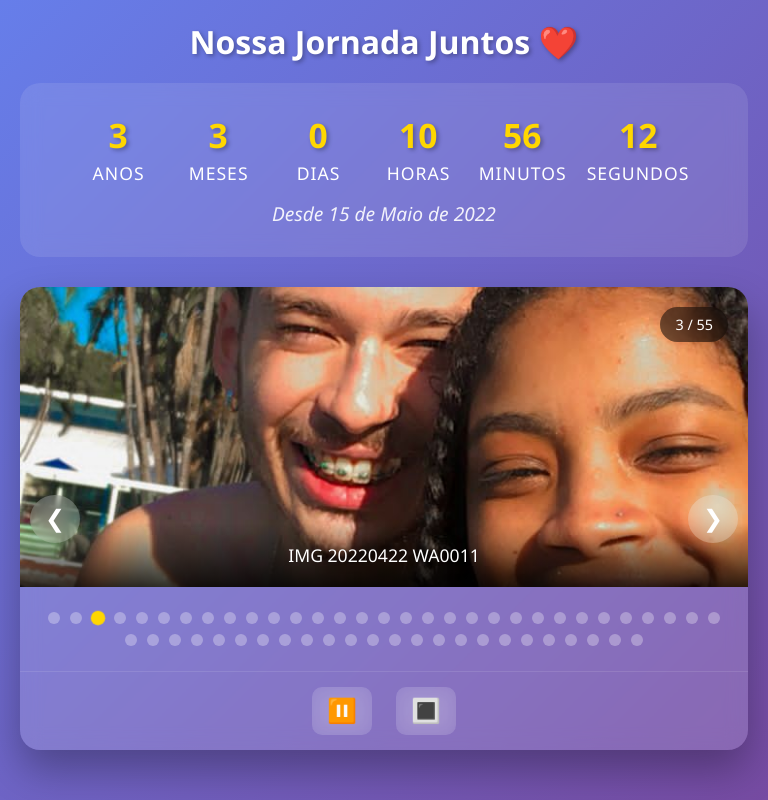
Repository: yan-luca/vic-yan
Page: index.html
The author's editor kept a copy of each file at every save. The page is drawn from the files as they stood at one save, then again after the next save.
The browser window is 768 px wide. The pictures show the whole page.

Above is the page before, as saved 2025-08-15 00:31:38.

### index.html
<!DOCTYPE html>
<html lang="pt-BR">
<head>
    <meta charset="UTF-8">
    <meta name="viewport" content="width=device-width, initial-scale=1.0">
    <title>Nossa Jornada - Vic & Yan</title>
    <link rel="stylesheet" href="style.css">
</head>
<body>
    <div class="container">
        <header>
            <h1>Nossa Jornada Juntos ❤️</h1>
            <div class="counter-container">
                <div class="counter">
                    <div class="counter-item">
                        <span id="years" class="counter-number">0</span>
                        <span class="counter-label">Anos</span>
                    </div>
                    <div class="counter-item">
                        <span id="months" class="counter-number">0</span>
                        <span class="counter-label">Meses</span>
                    </div>
                    <div class="counter-item">
                        <span id="days" class="counter-number">0</span>
                        <span class="counter-label">Dias</span>
                    </div>
                    <div class="counter-item">
                        <span id="hours" class="counter-number">0</span>
                        <span class="counter-label">Horas</span>
                    </div>
                    <div class="counter-item">
                        <span id="minutes" class="counter-number">0</span>
                        <span class="counter-label">Minutos</span>
                    </div>
                    <div class="counter-item">
                        <span id="seconds" class="counter-number">0</span>
                        <span class="counter-label">Segundos</span>
                    </div>
                </div>
                <p class="start-date">Desde 15 de Maio de 2022</p>
            </div>
        </header>

        <main>
            <div class="slideshow-container">
                <div class="slides-wrapper" id="slidesWrapper">
                    <!-- As imagens serão carregadas dinamicamente aqui -->
                </div>

                <button class="nav-btn prev" id="prevBtn" onclick="changeSlide(-1)">❮</button>
                <button class="nav-btn next" id="nextBtn" onclick="changeSlide(1)">❯</button>

                <div class="slide-counter">
                    <span id="currentSlide">1</span> / <span id="totalSlides">0</span>
                </div>

                <div class="dots-container" id="dotsContainer">
                    <!-- Os pontos indicadores serão criados dinamicamente -->
                </div>

                <div class="controls">
                    <button id="playPauseBtn" onclick="toggleAutoplay()">⏸️</button>
                    <button onclick="toggleFullscreen()">🔳</button>
                </div>
            </div>

            <div class="loading" id="loading">
                <p>Carregando fotos...</p>
            </div>

            <div class="no-images" id="noImages" style="display: none;">
                <h3>📷 Como adicionar suas fotos no GitHub Pages:</h3>
                <div class="instructions">
                    <p><strong>⚠️ Importante:</strong> O GitHub Pages requer lista manual das imagens por segurança.</p>

                    <p><strong>📝 Passo a passo:</strong></p>
                    <ol>
                        <li>Faça upload das suas fotos para a pasta <code>images/</code></li>
                        <li>Abra o arquivo <code>script.js</code> para editar</li>
                        <li>Procure por <code>const imageList = [</code></li>
                        <li>Adicione os nomes das suas fotos:</li>
                    </ol>

                    <div class="code-example">
                        <strong>Exemplo:</strong><br>
                        <code>const imageList = [</code><br>
                        <code>&nbsp;&nbsp;&nbsp;&nbsp;'nossa-primeira-foto.jpg',</code><br>
                        <code>&nbsp;&nbsp;&nbsp;&nbsp;'viagem-praia.png',</code><br>
                        <code>&nbsp;&nbsp;&nbsp;&nbsp;'aniversario-2023.jpeg'</code><br>
                        <code>];</code>
                    </div>

                    <p><strong>🔄 Depois:</strong> Faça commit e push das mudanças</p>
                </div>
                <p class="formats">Formatos suportados: JPG, JPEG, PNG, GIF, WebP</p>
            </div>
        </main>
    </div>

    <script src="script.js"></script>
</body>
</html>

### style.css
* {
    margin: 0;
    padding: 0;
    box-sizing: border-box;
}

body {
    font-family: 'Segoe UI', Tahoma, Geneva, Verdana, sans-serif;
    background: linear-gradient(135deg, #667eea 0%, #764ba2 100%);
    min-height: 100vh;
    color: white;
}

.container {
    max-width: 1200px;
    margin: 0 auto;
    padding: 20px;
}

header {
    text-align: center;
    margin-bottom: 30px;
}

header h1 {
    font-size: 3em;
    margin-bottom: 20px;
    text-shadow: 2px 2px 4px rgba(0,0,0,0.3);
    animation: fadeInUp 1s ease-out;
}

.counter-container {
    background: rgba(255, 255, 255, 0.1);
    backdrop-filter: blur(10px);
    border-radius: 20px;
    padding: 30px;
    margin: 20px 0;
    animation: fadeInUp 1s ease-out 0.3s both;
}

.counter {
    display: flex;
    justify-content: center;
    gap: 25px;
    margin-bottom: 15px;
    flex-wrap: wrap;
}

.counter-item {
    display: flex;
    flex-direction: column;
    align-items: center;
    min-width: 80px;
}

.counter-number {
    font-size: 3em;
    font-weight: bold;
    color: #ffd700;
    text-shadow: 2px 2px 4px rgba(0,0,0,0.3);
    transition: all 0.3s ease;
}

.counter-label {
    font-size: 1.1em;
    text-transform: uppercase;
    letter-spacing: 1px;
    margin-top: 5px;
}

.start-date {
    font-size: 1.2em;
    opacity: 0.9;
    font-style: italic;
}

.slideshow-container {
    position: relative;
    max-width: 800px;
    margin: 0 auto;
    background: rgba(255, 255, 255, 0.1);
    backdrop-filter: blur(10px);
    border-radius: 20px;
    overflow: hidden;
    box-shadow: 0 20px 40px rgba(0,0,0,0.3);
    animation: fadeInUp 1s ease-out 0.6s both;
}

.slides-wrapper {
    position: relative;
    width: 100%;
    height: 500px;
    overflow: hidden;
}

.slide {
    display: none;
    width: 100%;
    height: 100%;
    position: relative;
    animation: fadeIn 0.5s ease-in-out;
}

.slide.active {
    display: block;
}

.slide img {
    width: 100%;
    height: 100%;
    object-fit: cover;
    border-radius: 0;
}

.slide-caption {
    position: absolute;
    bottom: 0;
    left: 0;
    right: 0;
    background: linear-gradient(transparent, rgba(0,0,0,0.8));
    color: white;
    padding: 20px;
    text-align: center;
    font-size: 1.1em;
}

.nav-btn {
    position: absolute;
    top: 50%;
    transform: translateY(-50%);
    background: rgba(255, 255, 255, 0.2);
    border: none;
    color: white;
    font-size: 2em;
    padding: 15px 20px;
    cursor: pointer;
    transition: all 0.3s ease;
    backdrop-filter: blur(10px);
    border-radius: 50%;
    z-index: 10;
}

.nav-btn:hover {
    background: rgba(255, 255, 255, 0.3);
    transform: translateY(-50%) scale(1.1);
}

.prev {
    left: 20px;
}

.next {
    right: 20px;
}

.slide-counter {
    position: absolute;
    top: 20px;
    right: 20px;
    background: rgba(0, 0, 0, 0.5);
    color: white;
    padding: 8px 15px;
    border-radius: 20px;
    font-size: 0.9em;
    backdrop-filter: blur(10px);
}

.dots-container {
    text-align: center;
    padding: 20px;
    background: rgba(255, 255, 255, 0.05);
}

.dot {
    height: 12px;
    width: 12px;
    margin: 0 5px;
    background-color: rgba(255, 255, 255, 0.3);
    border-radius: 50%;
    display: inline-block;
    cursor: pointer;
    transition: all 0.3s ease;
}

.dot.active, .dot:hover {
    background-color: #ffd700;
    transform: scale(1.2);
}

.controls {
    text-align: center;
    padding: 15px;
    background: rgba(255, 255, 255, 0.05);
    border-top: 1px solid rgba(255, 255, 255, 0.1);
}

.controls button {
    background: rgba(255, 255, 255, 0.1);
    border: none;
    color: white;
    font-size: 1.5em;
    padding: 10px 15px;
    margin: 0 10px;
    cursor: pointer;
    border-radius: 10px;
    transition: all 0.3s ease;
    backdrop-filter: blur(10px);
}

.controls button:hover {
    background: rgba(255, 255, 255, 0.2);
    transform: scale(1.1);
}

.loading, .no-images {
    text-align: center;
    padding: 60px 20px;
    font-size: 1.3em;
    background: rgba(255, 255, 255, 0.1);
    backdrop-filter: blur(10px);
    border-radius: 20px;
    max-width: 800px;
    margin: 0 auto;
}

.loading p, .no-images p {
    margin: 10px 0;
}

.no-images h3 {
    color: #ffd700;
    margin-bottom: 20px;
    font-size: 1.5em;
}

.no-images .instructions {
    text-align: left;
    background: rgba(255, 255, 255, 0.05);
    padding: 20px;
    border-radius: 10px;
    margin: 20px 0;
    max-width: 600px;
    margin-left: auto;
    margin-right: auto;
}

.no-images .instructions p {
    margin: 15px 0 10px 0;
    font-weight: bold;
    color: #ffd700;
}

.no-images .instructions ol {
    margin: 10px 0 20px 20px;
    font-size: 0.9em;
}

.no-images .instructions li {
    margin: 8px 0;
    line-height: 1.4;
}

.no-images code {
    background: rgba(255, 255, 255, 0.2);
    padding: 2px 6px;
    border-radius: 4px;
    font-family: 'Courier New', monospace;
    color: #ffd700;
}

.no-images .code-example {
    background: rgba(0, 0, 0, 0.3);
    padding: 15px;
    border-radius: 8px;
    margin: 15px 0;
    border-left: 4px solid #ffd700;
}

.no-images .code-example code {
    background: transparent;
    padding: 0;
    color: #fff;
    font-size: 0.9em;
    line-height: 1.6;
}

.no-images .formats {
    font-size: 0.9em;
    opacity: 0.8;
    font-style: italic;
}

/* Animações */
@keyframes fadeIn {
    from { opacity: 0; }
    to { opacity: 1; }
}

@keyframes fadeInUp {
    from {
        opacity: 0;
        transform: translateY(30px);
    }
    to {
        opacity: 1;
        transform: translateY(0);
    }
}

@keyframes pulse {
    0% { transform: scale(1); }
    50% { transform: scale(1.05); }
    100% { transform: scale(1); }
}

.counter-number {
    animation: pulse 2s infinite;
}

/* Responsividade */
@media (max-width: 768px) {
    header h1 {
        font-size: 2em;
    }

    .counter {
        gap: 20px;
        flex-wrap: wrap;
    }

    .counter-number {
        font-size: 2em;
    }

    .slides-wrapper {
        height: 300px;
    }

    .nav-btn {
        font-size: 1.5em;
        padding: 10px 15px;
    }

    .prev {
        left: 10px;
    }

    .next {
        right: 10px;
    }
}

@media (max-width: 480px) {
    .container {
        padding: 10px;
    }

    .counter-container {
        padding: 20px;
    }

    .counter {
        gap: 15px;
    }

    .counter-number {
        font-size: 1.8em;
    }

    .slides-wrapper {
        height: 250px;
    }
}

/* Modo fullscreen */
.slideshow-container.fullscreen {
    position: fixed;
    top: 0;
    left: 0;
    width: 100vw;
    height: 100vh;
    max-width: none;
    z-index: 1000;
    border-radius: 0;
}

.slideshow-container.fullscreen .slides-wrapper {
    height: 100vh;
}

.slideshow-container.fullscreen .slide img {
    object-fit: contain;
}

### script.js
// Configurações
const startDate = new Date('2022-05-15');
let currentSlideIndex = 0;
let slides = [];
let isAutoplay = true;
let autoplayInterval;
const autoplayDelay = 2000; // 4 segundos

// Formatos de imagem suportados
const imageFormats = ['jpg', 'jpeg', 'png', 'gif', 'webp'];

// IMPORTANTE: No GitHub Pages, você DEVE listar manualmente suas imagens aqui
// O GitHub Pages não permite descoberta automática de arquivos por segurança
const imageList = [
    // Suas fotos (organizadas cronologicamente):
    '20220330_205428.jpg',
    'IMG-20220412-WA0014.jpg',
    'IMG-20220422-WA0011.jpg',
    'IMG-20220424-WA0016.jpg',
    'IMG-20220501-WA0048.jpg',
    'IMG-20220610-WA0003.jpg',
    'IMG-20220619-WA0008.jpg',
    'IMG-20220626-WA0062.jpg',
    'IMG-20220626-WA0071.jpg',
    'IMG-20220724-WA0056.jpg',
    'IMG-20220818-WA0011.jpg',
    '20220912_113155.jpg',
    '20220912_141717.jpg',
    'IMG-20220925-WA0011.jpg',
    'IMG-20221030-WA0012.jpg',
    'IMG-20221201-WA0009.jpg',
    'IMG-20221203-WA0001.jpg',
    '20230128_180709.jpg',
    'IMG-20230216-WA0000.jpg',
    '20230506_192135.jpg',
    '20230521_122653.jpg',
    '20230603_172531.jpg',
    '20230608_000824.jpg',
    '20230707_173940.jpg',
    '20230714_174535.jpg',
    '20230714_174624(0).jpg',
    '20230714_175502.jpg',
    '20230715_223103.jpg',
    '20230716_163837.jpg',
    '20230716_164612.jpg',
    '20230822_182113.jpg',
    '20230823_160356.jpg',
    '20230917_160911.jpg',
    '20230917_164506.jpg',
    '20230928_182321.jpg',
    '20231224_211740.jpg',
    '20240215_161409.jpg',
    '20240215_163658.jpg',
    '20240215_164804.jpg',
    '20240510_144636.jpg',
    'Screenshot_20240515_131250_Photos.jpg',
    'Screenshot_20240515_131302_Photos.jpg',
    '20240612_190503.jpg',
    '20240615_191854.jpg',
    '20240817_175401.jpg',
    '20240817_175604.jpg',
    '20240824_204941.jpg',
    '20240924_184110.jpg',
    '20240924_184135.jpg',
    '20241025_224054.jpg',
    '20241201_185904.jpg',
    '20250322_204125.jpg',
    '20250522_200536.jpg',
    '20250612_185640.jpg',
    '20250716_202833.jpg'

    // ⚠️  ATENÇÃO: Se deixar vazio, a página mostrará as instruções de como adicionar fotos
];

// Inicialização
document.addEventListener('DOMContentLoaded', function() {
    updateCounter();
    loadImages();

    // Atualizar contador a cada segundo
    setInterval(updateCounter, 1000);

    // Controles de teclado
    document.addEventListener('keydown', handleKeyPress);
});

// Função para atualizar o contador de tempo
function updateCounter() {
    const now = new Date();
    const diff = now - startDate;

    const years = Math.floor(diff / (365.25 * 24 * 60 * 60 * 1000));
    const months = Math.floor((diff % (365.25 * 24 * 60 * 60 * 1000)) / (30.44 * 24 * 60 * 60 * 1000));
    const days = Math.floor((diff % (30.44 * 24 * 60 * 60 * 1000)) / (24 * 60 * 60 * 1000));
    const hours = Math.floor((diff % (24 * 60 * 60 * 1000)) / (60 * 60 * 1000));
    const minutes = Math.floor((diff % (60 * 60 * 1000)) / (60 * 1000));
    const seconds = Math.floor((diff % (60 * 1000)) / 1000);

    document.getElementById('years').textContent = years;
    document.getElementById('months').textContent = months;
    document.getElementById('days').textContent = days;
    document.getElementById('hours').textContent = hours;
    document.getElementById('minutes').textContent = minutes;
    document.getElementById('seconds').textContent = seconds;
}

// Função para carregar imagens
async function loadImages() {
    const slidesWrapper = document.getElementById('slidesWrapper');
    const loading = document.getElementById('loading');
    const noImages = document.getElementById('noImages');

    try {
        // No GitHub Pages, só funciona com lista manual
        if (imageList.length === 0) {
            loading.style.display = 'none';
            noImages.style.display = 'block';
            return;
        }

        // Carregar e validar imagens da lista manual
        for (const imageName of imageList) {
            await loadImage(imageName);
        }

        if (slides.length === 0) {
            loading.style.display = 'none';
            noImages.style.display = 'block';
            return;
        }

        loading.style.display = 'none';
        setupSlideshow();

    } catch (error) {
        console.error('Erro ao carregar imagens:', error);
        loading.style.display = 'none';
        noImages.style.display = 'block';
    }
}

// Função para carregar uma imagem específica
function loadImage(imageName) {
    return new Promise((resolve) => {
        const img = new Image();

        img.onload = function() {
            slides.push({
                src: `images/${imageName}`,
                name: imageName,
                caption: getImageCaption(imageName)
            });
            resolve();
        };

        img.onerror = function() {
            console.warn(`❌ Imagem não encontrada: images/${imageName}`);
            console.warn('💡 Verifique se o nome está correto e se o arquivo existe na pasta images/');
            resolve();
        };

        img.src = `images/${imageName}`;
    });
}

// Função para gerar legenda da imagem
function getImageCaption(imageName) {
    // Remove a extensão e formata o nome
    const nameWithoutExtension = imageName.replace(/\.[^/.]+$/, "");
    return nameWithoutExtension.replace(/[_-]/g, ' ').replace(/^\w/, c => c.toUpperCase());
}

// Função para configurar o slideshow
function setupSlideshow() {
    const slidesWrapper = document.getElementById('slidesWrapper');
    const dotsContainer = document.getElementById('dotsContainer');

    // Limpar conteúdo existente
    slidesWrapper.innerHTML = '';
    dotsContainer.innerHTML = '';

    // Criar slides
    slides.forEach((slide, index) => {
        // Criar slide
        const slideDiv = document.createElement('div');
        slideDiv.className = 'slide';
        slideDiv.innerHTML = `
            <img src="${slide.src}" alt="${slide.caption}" loading="lazy">
            <div class="slide-caption">${slide.caption}</div>
        `;
        slidesWrapper.appendChild(slideDiv);

        // Criar dot
        const dot = document.createElement('span');
        dot.className = 'dot';
        dot.onclick = () => goToSlide(index);
        dotsContainer.appendChild(dot);
    });

    // Atualizar contador total
    document.getElementById('totalSlides').textContent = slides.length;

    // Mostrar primeiro slide
    showSlide(0);

    // Iniciar autoplay
    if (isAutoplay) {
        startAutoplay();
    }
}

// Função para mostrar slide específico
function showSlide(index) {
    const slideElements = document.querySelectorAll('.slide');
    const dots = document.querySelectorAll('.dot');

    // Esconder todos os slides
    slideElements.forEach(slide => slide.classList.remove('active'));
    dots.forEach(dot => dot.classList.remove('active'));

    // Mostrar slide atual
    if (slideElements[index]) {
        slideElements[index].classList.add('active');
        dots[index].classList.add('active');
    }

    currentSlideIndex = index;
    document.getElementById('currentSlide').textContent = index + 1;
}

// Função para ir para slide específico
function goToSlide(index) {
    showSlide(index);
    restartAutoplay();
}

// Função para mudar slide
function changeSlide(direction) {
    const newIndex = currentSlideIndex + direction;

    if (newIndex >= slides.length) {
        showSlide(0);
    } else if (newIndex < 0) {
        showSlide(slides.length - 1);
    } else {
        showSlide(newIndex);
    }

    restartAutoplay();
}

// Função para iniciar autoplay
function startAutoplay() {
    if (slides.length <= 1) return;

    autoplayInterval = setInterval(() => {
        changeSlide(1);
    }, autoplayDelay);
}

// Função para parar autoplay
function stopAutoplay() {
    if (autoplayInterval) {
        clearInterval(autoplayInterval);
        autoplayInterval = null;
    }
}

// Função para reiniciar autoplay
function restartAutoplay() {
    stopAutoplay();
    if (isAutoplay) {
        startAutoplay();
    }
}

// Função para alternar autoplay
function toggleAutoplay() {
    isAutoplay = !isAutoplay;
    const button = document.getElementById('playPauseBtn');

    if (isAutoplay) {
        startAutoplay();
        button.textContent = '⏸️';
    } else {
        stopAutoplay();
        button.textContent = '▶️';
    }
}

// Função para alternar fullscreen
function toggleFullscreen() {
    const slideshow = document.querySelector('.slideshow-container');

    if (!document.fullscreenElement) {
        slideshow.requestFullscreen().catch(err => {
            console.log(`Erro ao entrar em fullscreen: ${err.message}`);
        });
        slideshow.classList.add('fullscreen');
    } else {
        document.exitFullscreen();
        slideshow.classList.remove('fullscreen');
    }
}

// Função para lidar com teclas pressionadas
function handleKeyPress(e) {
    switch(e.key) {
        case 'ArrowLeft':
            changeSlide(-1);
            break;
        case 'ArrowRight':
            changeSlide(1);
            break;
        case ' ':
            e.preventDefault();
            toggleAutoplay();
            break;
        case 'f':
        case 'F':
            toggleFullscreen();
            break;
        case 'Escape':
            if (document.fullscreenElement) {
                document.exitFullscreen();
                document.querySelector('.slideshow-container').classList.remove('fullscreen');
            }
            break;
    }
}

// Detectar saída do fullscreen
document.addEventListener('fullscreenchange', () => {
    const slideshow = document.querySelector('.slideshow-container');
    if (!document.fullscreenElement) {
        slideshow.classList.remove('fullscreen');
    }
});

// Pausar autoplay quando a aba não estiver ativa
document.addEventListener('visibilitychange', () => {
    if (document.hidden) {
        stopAutoplay();
    } else if (isAutoplay) {
        startAutoplay();
    }
});

// Pausar autoplay ao passar o mouse sobre o slideshow
document.addEventListener('DOMContentLoaded', function() {
    const slideshow = document.querySelector('.slideshow-container');

    slideshow.addEventListener('mouseenter', () => {
        if (isAutoplay) stopAutoplay();
    });

    slideshow.addEventListener('mouseleave', () => {
        if (isAutoplay) startAutoplay();
    });
});

After the next save:
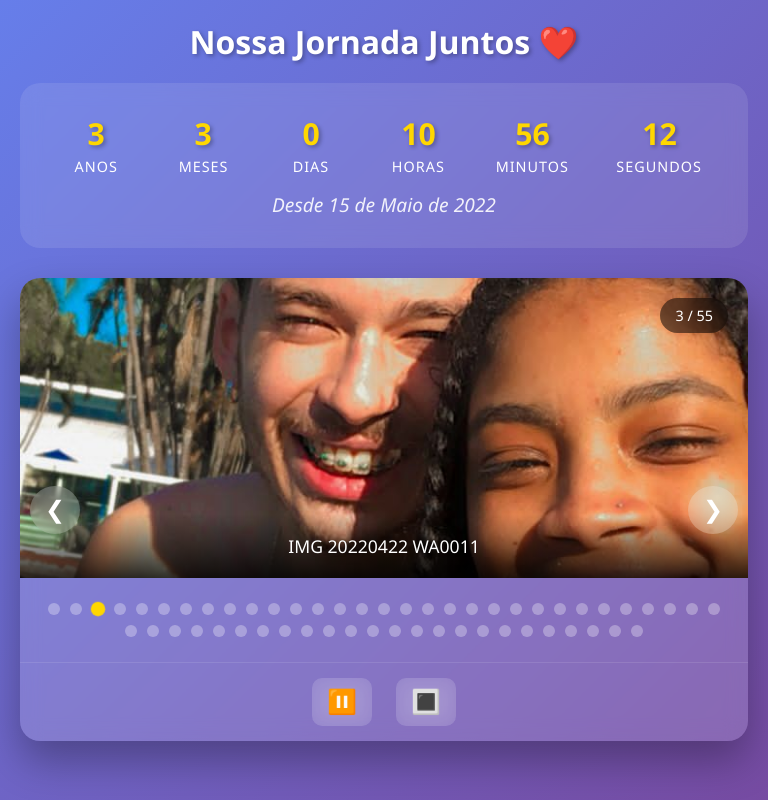
Saved 11 s later.
--- a/style.css
+++ b/style.css
@@ -324,12 +324,20 @@ header h1 {
     }
 
     .counter {
-        gap: 20px;
-        flex-wrap: wrap;
+        gap: 15px;
+        justify-content: space-around;
+    }
+
+    .counter-item {
+        min-width: 60px;
     }
 
     .counter-number {
-        font-size: 2em;
+        font-size: 1.8em;
+    }
+
+    .counter-label {
+        font-size: 0.9em;
     }
 
     .slides-wrapper {
